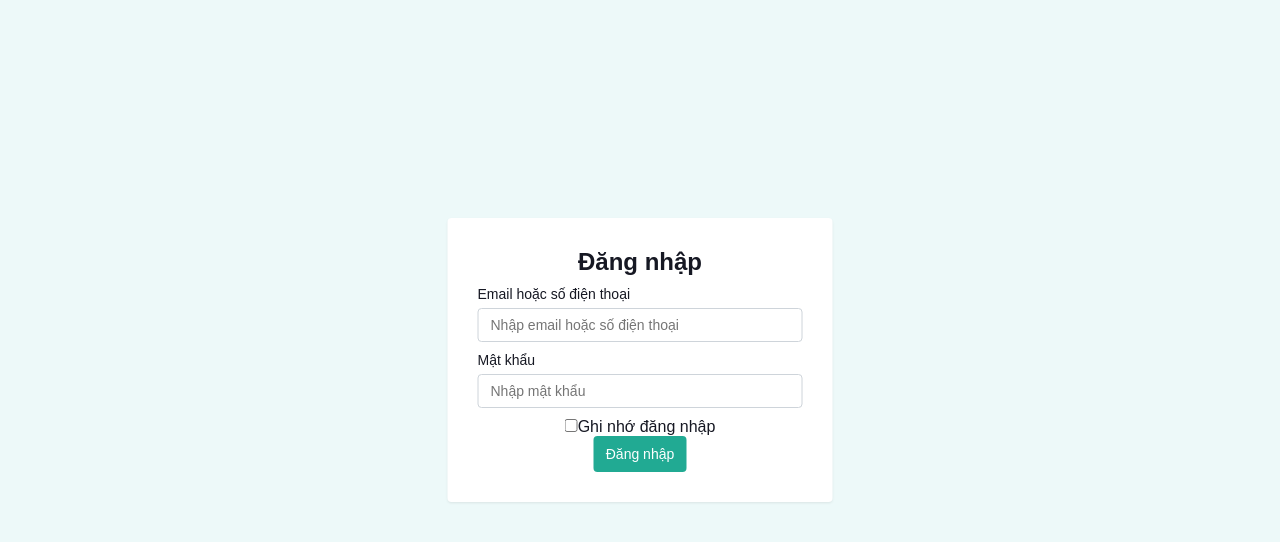
Repository: ntq25012002/chat-app
Page: /login
The author's editor kept a copy of each file at every save. The page is drawn from the files as they stood at one save, then again after the next save.
The browser window is 1280 px wide. The pictures show the whole page.
The project was rebuilt for these pictures with package versions that can differ from the ones it lists, and the page was loaded fresh each time. Also part of the build but not shown: src/pages/Home/index.js, src/pages/Profile/index.js, src/layouts/components/SideBar/index.js, src/layouts/DefaultLayout/index.js.

Above is the page before, as saved 2023-05-19 10:48:36.

### src/index.js
import React from 'react';
import ReactDOM from 'react-dom/client';
// import './index.css';
import App from './App';
import reportWebVitals from './reportWebVitals';
import GlobalStyles from '~/components/GlobalStyles';

const root = ReactDOM.createRoot(document.getElementById('root'));
root.render(
  <React.StrictMode>
    <GlobalStyles>
      <App />
    </GlobalStyles>
  </React.StrictMode>
);

// If you want to start measuring performance in your app, pass a function
// to log results (for example: reportWebVitals(console.log))
// or send to an analytics endpoint. Learn more: https://bit.ly/CRA-vitals
reportWebVitals();

### src/App.js
// import logo from './logo.svg';
import './App.css';
import React, {Fragment} from 'react';
import { BrowserRouter as Router, Routes, Route } from 'react-router-dom';
import {publicRoutes, privateRoutes} from '~/routes';
import DefaultLayout from '~/layouts/DefaultLayout';
function App() {
  return (
    <Router>
      <div className="App">
          <Routes>
            {
              publicRoutes.map((route, index) => {
                const Page = route.component;
                let Layout = DefaultLayout;
                if(route.layout) {
                  Layout = route.layout;
                }else if(route.layout === null) {
                  Layout = Fragment;
                }

                return (
                  <Route
                      key={index}
                      path={route.path}
                      element={
                        <Layout>
                          <Page />
                        </Layout>
                      }
                    />
                )
              })
            }

          </Routes>
      </div>
    </Router>
  );
}

export default App;

### src/components/GlobalStyles/index.js
import styles from '~/components/GlobalStyles/GlobalStyle.scss';

function GlobalStyles({ children }) {
    return children
}

export default GlobalStyles;

### src/routes/index.js
import Home from '~/pages/Home'
import Login from '~/pages/Login'
import Profile from '~/pages/Profile'

const publicRoutes = [
    {path: '/', component: Home},
    {path: '/profile', component: Profile},
    {path: '/login', component: Login, layout: null},
]

const privateRoutes = [
    // {route: '/dashboard', component: Dashboard},
]

export {publicRoutes, privateRoutes}

### src/components/GlobalStyles/GlobalStyle.scss
@import url("https://fonts.googleapis.com/css2?family=Poppins:wght@200;300;400;500;600;700&display=swap");

$heightHeader: 60px;
$widthPage: 100%;
$textColorPrimary: #161823;
$colorPrimary: #FE2C55;
$textColorSecond: #161823bf;

:root {
    --width-page: 100%;
    --height-header: 60px;
    --color-primary: #FE2C55;
    --text-color-primary: #161823;
    --text-coloe-second: #161823bf;
    --color-white: #FFFFFFFF;
    --border-color: #0000001f;
    --background-hover: rgb(22 24 35 / 3%);
}

html {
    font-size:62.5%
}

* {
    margin: 0;
    padding: 0;
    box-sizing: border-box;
}

body {
    // font-family: 'Montserrat', sans-serif;
    // font-family: 'Roboto', sans-serif;
    font-family: ProximaNova, Arial, Tahoma, PingFangSC, sans-serif;
    font-size: 1.6rem;
    text-rendering: optimizeSpeed;
    color: $textColorPrimary;
}

button, input, [tabindex] {
    border: none;
    outline: none;
}

a[href] {
    color: $textColorPrimary;
    text-decoration: none;
}

.wrapper {
    margin: 0 auto;
    display: flex;
    align-items: space-between;
    flex-direction: column;
}

.container {
    max-width: $widthPage;
    width: $widthPage;
    margin: 0 auto;
    display: flex;
}

### src/pages/Login/index.js
import React from 'react';
import classNames from 'classnames/bind';
import styles from './Login.module.scss';
import images from '~/assets/images'

const cx = classNames.bind(styles);
function Login() {
    return (
            <div className={cx('wrapper')}>
                <div className={cx('content')} >
                    <img src={images.bg_login} alt="" />
                    <div className={cx('form-container')}>
                        <div className={cx('title')}>
                            <h2>Đăng nhập</h2>
                        </div>
                        <form className={cx('form form-register')}>
                            <div className={cx('form-group')}>
                                <label className={cx('form-label')}>Email hoặc số điện thoại</label>
                                <input type="text" className={cx('form-control')} placeholder='Nhập email hoặc số điện thoại'/>
                            </div>
                            <div className={cx('form-group')}>
                                <label className={cx('form-label')}>Mật khẩu</label>
                                <input type="password" className={cx('form-control')} placeholder='Nhập mật khẩu'/>
                            </div>
                            <div className='d-flex'>
                                <div className={cx('form-control')}>
                                    <input type="checkbox" />
                                    <label>Ghi nhớ đăng nhập</label>
                                </div>
                            </div>
                            <button className={cx('btn-submit')}>Đăng nhập</button>
                        </form>
                    </div>
                </div>
            </div>
        );
}

export default Login;

### src/pages/Login/Login.module.scss
.wrapper {
    background-color: rgb(237, 249, 249);
}
.content {
    height: 100vh;
    display: flex;
    justify-content: center;
    align-items: center;
    flex-direction: column;
    position: relative;

    .form-container {
        position: absolute;
        top: 50%;
        left: 50%;
        transform: translate(-50%, -50%);
        box-shadow: 0 0.125rem 0.25rem rgba(0,0,0,0.075);
        padding: 30px;
        background-color: #ffffff;
        border-radius: 4px;
        .title {
            margin-bottom: 10px;
        }
        .form-group {
            display: flex;
            flex-direction: column;
            .form-label {
                text-align: left;
                font-size: 14px;
                margin-bottom: 6px;
            }
            .form-control {
                padding: 8px 12px;
                border: 1px solid #ced4da;
                border-radius: 4px;
                font-size: 14px;
                min-width: 325px;
                margin-bottom: 10px;
            }
        }
        .btn-submit {
            padding: 10px 12px;
            font-size: 14px;
            border-radius: 4px;
            background-color: #21aa93;
            color: #ffffff;
        }
    }
}

### src/assets/images/index.js
const images = {
    // logo: require('~/assets/images/logo.svg').default,
    bg_login: require('~/assets/images/signin-img-cyan.svg').default
}

export default images;

Loaded but not shown: public/index.html (common file); src/reportWebVitals.js (common file); src/App.css (common file)

After the next save:
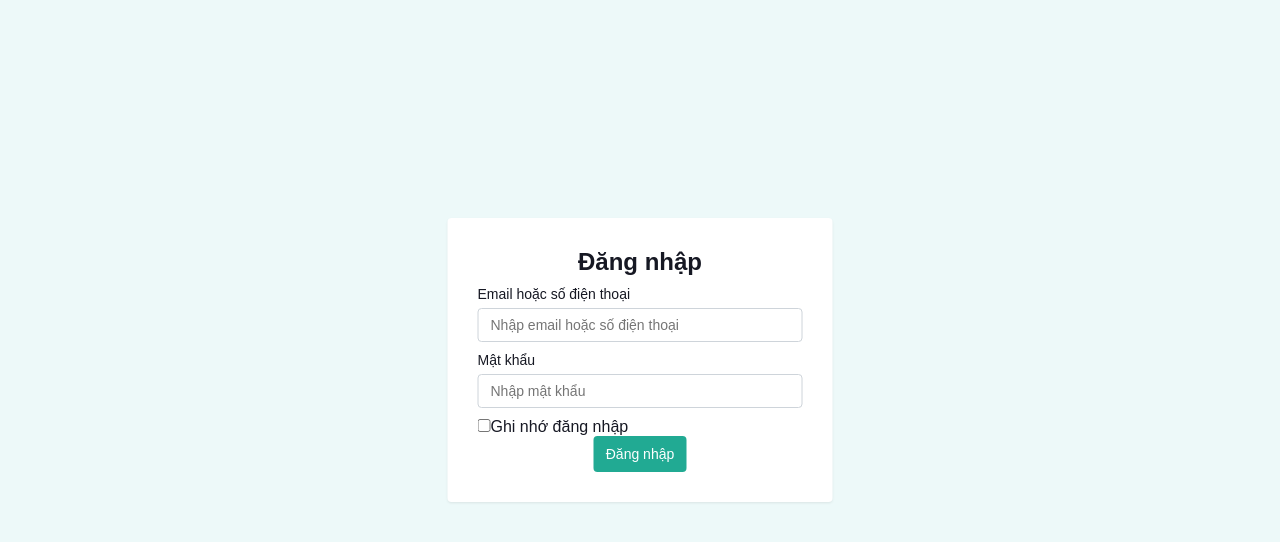
Saved 83 s later.
--- a/src/components/GlobalStyles/GlobalStyle.scss
+++ b/src/components/GlobalStyles/GlobalStyle.scss
@@ -59,3 +59,21 @@ a[href] {
     margin: 0 auto;
     display: flex;
 }
+
+.d-flex {
+    display: flex;
+}
+.flex-column {
+    flex-direction: column;
+}
+.justify-content-center {
+    justify-content: center;
+}
+
+.justify-content-between {
+    justify-content: space-between;
+}
+
+.justify-content-start {
+    justify-content: start;
+}
